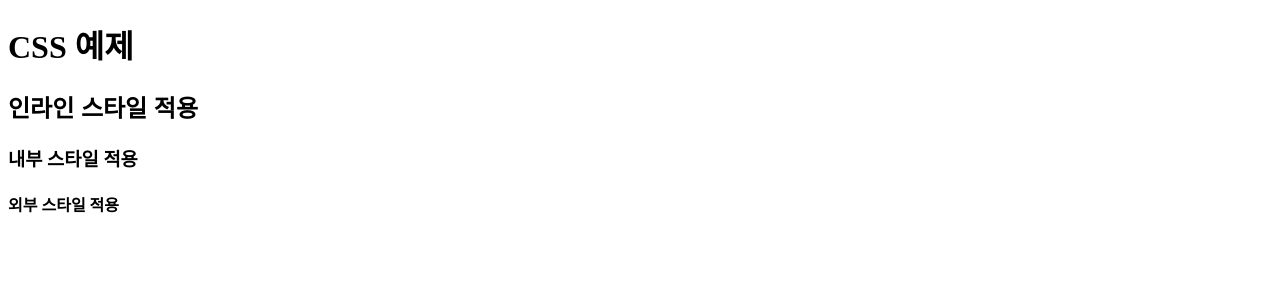
Repository: WonSeungUn/VSCODE
Page: web_work/CSS/WebContent/index.html
An editor plug-in stored every save of this project. The page is shown before and after the next save, followed by the edit.
The browser window is 1280 px wide. The pictures show the whole page.

Above is the page before, as saved 2024-07-09 00:28:59.

After the next save:
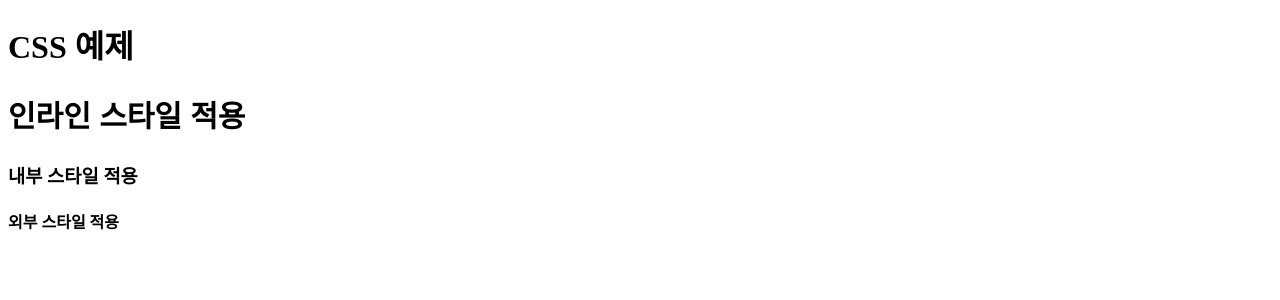
Saved 16 s later.
--- a/web_work/CSS/WebContent/index.html
+++ b/web_work/CSS/WebContent/index.html
@@ -7,7 +7,7 @@
 <body>
 	<h1>CSS 예제</h1>
 
-	<h2 style="font-family: sans-serif;">인라인 스타일 적용</h2>
+	<h2 style="font-family: sans-serif; font-size: 30px;">인라인 스타일 적용</h2>
 
 
 
